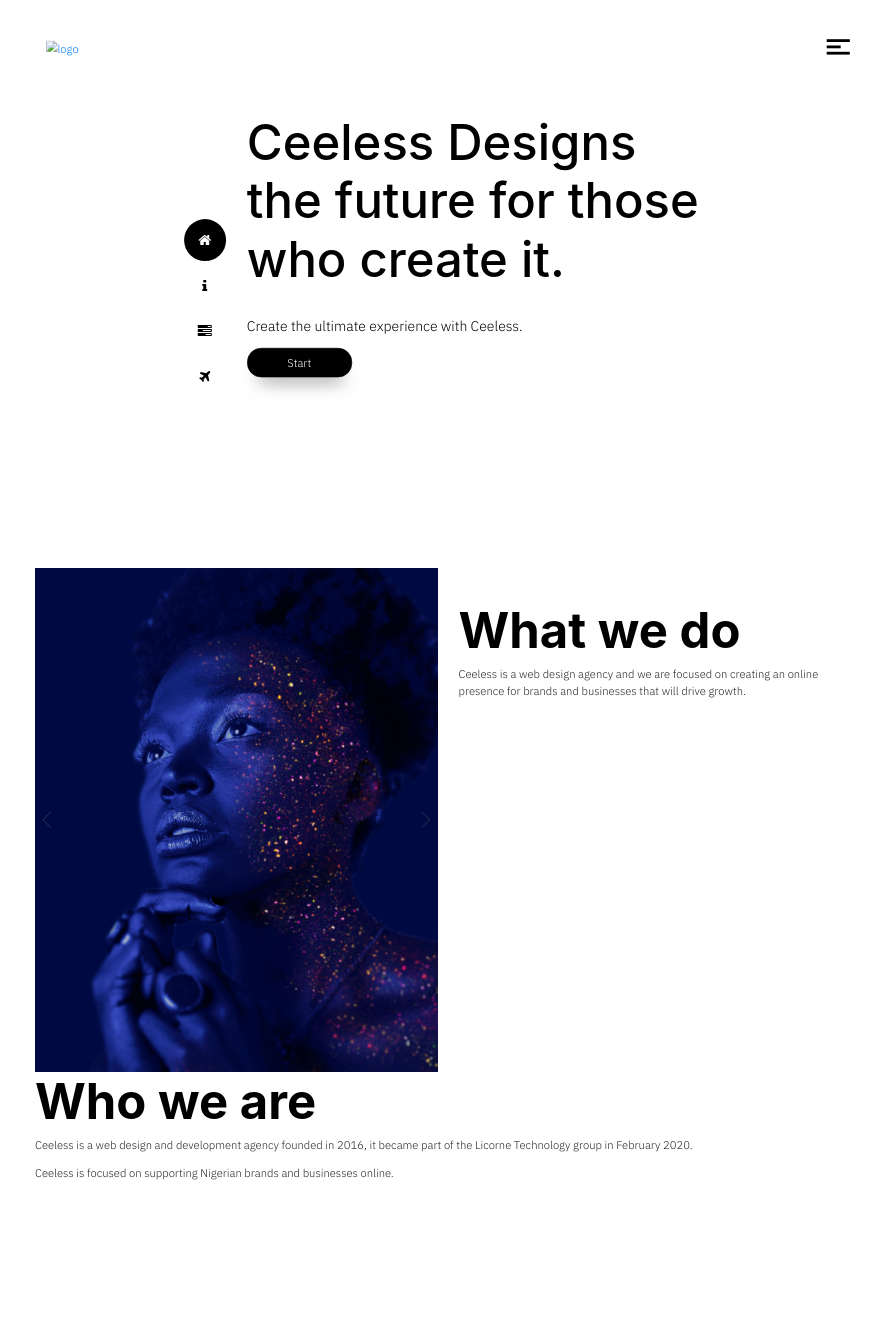
Repository: Licorne-Technologies/Ceeless-v2
Page: index.html
The author's editor kept a copy of each file at every save. The page is drawn from the files as they stood at one save, then again after the next save.
The browser window is 1280 px wide. The pictures show the part of the page from y = 0 to 1920 px (the page is 3037 px tall), at 70% of full size.
Some web libraries are served in a nearby version. The style sheet was rebuilt from its Sass, Less or Tailwind sources for each picture, by a compiler version that may differ from the author's.

Above is the page before, as saved 2020-06-15 13:22:32.

After the next save:
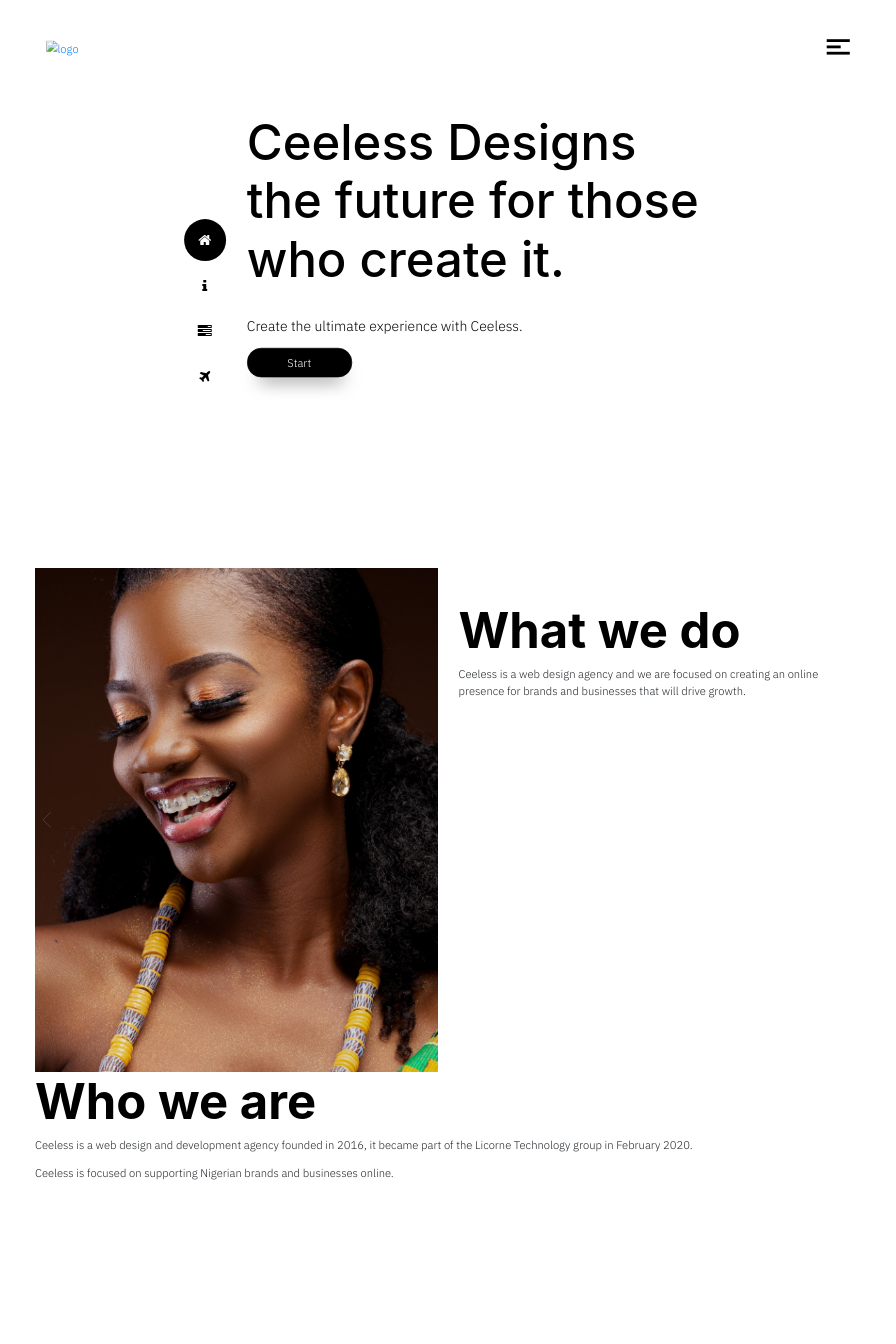
Saved 65 s later.
--- a/index.html
+++ b/index.html
@@ -102,7 +102,7 @@
         <div class="row">
             <div class="col">
                 <!--Portfolio Gallery-->
-                <div uk-slideshow="ratio: false" uk-slideshow="autoplay: true; autoplay-interval: 2000; pause-on-hover: true" >
+                <div uk-slideshow="autoplay: true; autoplay-interval: 2000; pause-on-hover: true" >
                     <ul class="uk-slideshow-items" uk-height-viewport="min-height: 300">
                         <li>
                             <img src="assets/DemoImage1.jpg" alt="" uk-cover>
